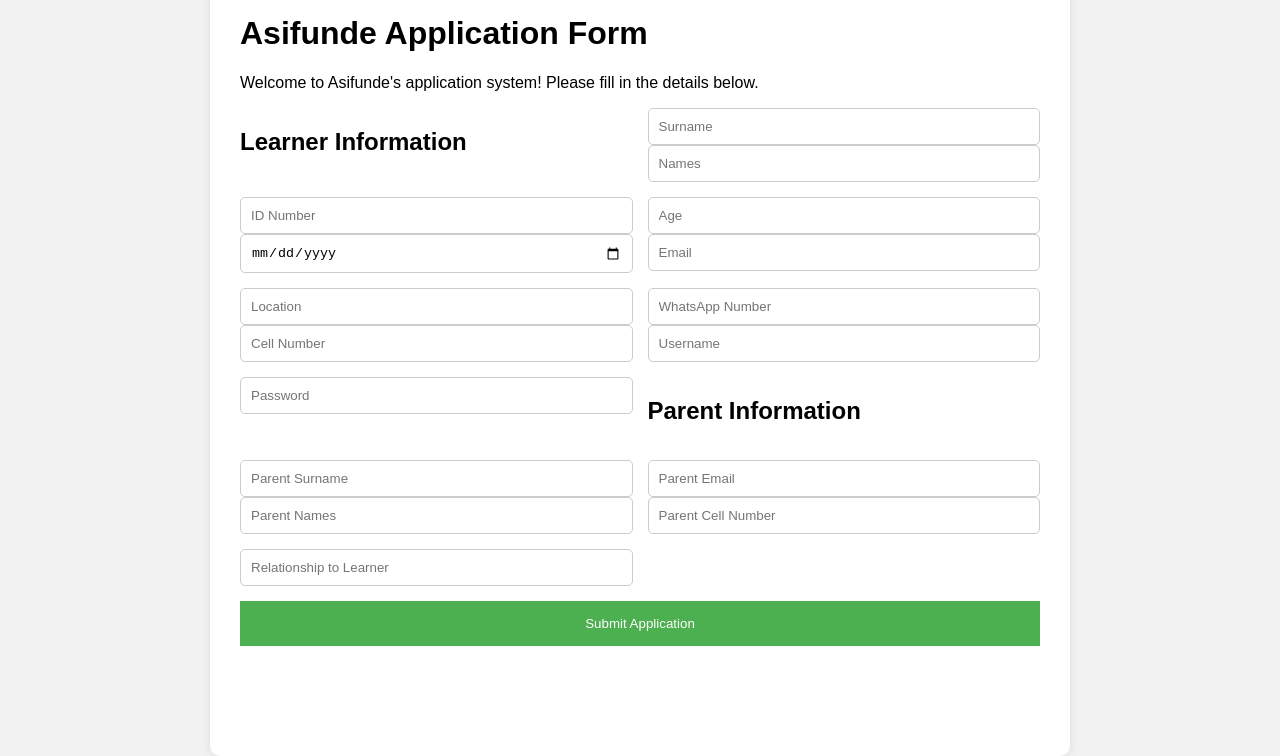
Repository: Soshtakovich/Asifunde
Page: Application_system/apply.html
An editor plug-in stored every save of this project. The page is shown before and after the next save, followed by the edit.
The browser window is 1280 px wide. The pictures show the whole page.

Above is the page before, as saved 2024-10-18 17:36:33.

### Application_system/apply.html
<!DOCTYPE html>
<html lang="en">
<head>
  <meta charset="UTF-8">
  <meta name="viewport" content="width=device-width, initial-scale=1.0">
  <title>Asifunde Application Form</title>
  <link rel="stylesheet" href="statics/css/apply.css">
  <script defer src="statics/js/apply.js"></script>
</head>
<body>
  <div class="form-container">
    <h1>Asifunde Application Form</h1>
    <p>Welcome to Asifunde's application system! Please fill in the details below.</p>
    <form id="applicationForm">
      <h2>Learner Information</h2>
      <div class="input-group">
        <input type="text" name="surname" placeholder="Surname" required>
        <input type="text" name="names" placeholder="Names" required>
      </div>
      <div class="input-group">
        <input type="text" name="idNumber" placeholder="ID Number" required>
        <input type="date" name="dob" required>
      </div>
      <div class="input-group">
        <input type="text" name="age" placeholder="Age" required>
        <input type="email" name="email" placeholder="Email" required>
      </div>
      <div class="input-group">
        <input type="text" name="location" placeholder="Location">
        <input type="text" name="cellNumber" placeholder="Cell Number">
      </div>
      <div class="input-group">
        <input type="text" name="whatsappNumber" placeholder="WhatsApp Number">
        <input type="text" name="username" placeholder="Username" required>
      </div>
      <div class="input-group">
        <input type="password" name="password" placeholder="Password" required>
      </div>

      <h2>Parent Information</h2>
      <div class="input-group">
        <input type="text" name="parentSurname" placeholder="Parent Surname" required>
        <input type="text" name="parentNames" placeholder="Parent Names" required>
      </div>
      <div class="input-group">
        <input type="email" name="parentEmail" placeholder="Parent Email" required>
        <input type="text" name="parentCellNumber" placeholder="Parent Cell Number">
      </div>
      <div class="input-group">
        <input type="text" name="relationship" placeholder="Relationship to Learner" required>
      </div>

      <button type="submit">Submit Application</button>
    </form>
  </div>
</body>
</html>

### Application_system/statics/css/apply.css
/* Base Styles */
body {
  font-family: Arial, sans-serif;
  background-color: #f2f2f2;
  display: flex;
  justify-content: center;
  align-items: center;
  height: 100vh;
  margin: 0;
}

.form-container {
  background-color: white;
  padding: 30px;
  border-radius: 10px;
  box-shadow: 0 0 10px rgba(0, 0, 0, 0.1);
  max-width: 800px;
  width: 100%;
}

/* Form Layout */
form {
  display: grid;
  grid-template-columns: repeat(2, 1fr); /* Two equal-width columns */
  gap:15px; /* Space between grid items */
}

/* Full-width inputs */
input[type="date"],
input[type="password"],
input[type="email"],
button {
  grid-column: span 2; /* Make these elements span both columns */
}

/* Style for input fields */
input {
  padding: 10px;
  border: 1px solid #ccc;
  border-radius: 5px;
  width: 100%; /* Ensure the input takes full space of its container */
  box-sizing: border-box; /* Prevent padding from overflowing */
}

/* Button Styling */
button {
  background-color: #4CAF50;
  color: white;
  border: none;
  padding: 15px;
  cursor: pointer;
  width: 100%; /* Full width */
  margin-bottom: 80px;
}

button:hover {
  background-color: #45a049;
}

/* Responsive Design */
@media (max-width: 600px) {
  form {
      grid-template-columns: 1fr; /* Single column on smaller screens */
  }
}

### Application_system/statics/js/apply.js
document.getElementById('applicationForm').addEventListener('submit', async function (event) {
    event.preventDefault();
    const formData = new FormData(event.target);

    const response = await fetch('application_handler.php', {
      method: 'POST',
      body: formData
    });

    const result = await response.json();
    alert(result.message);
  });

After the next save:
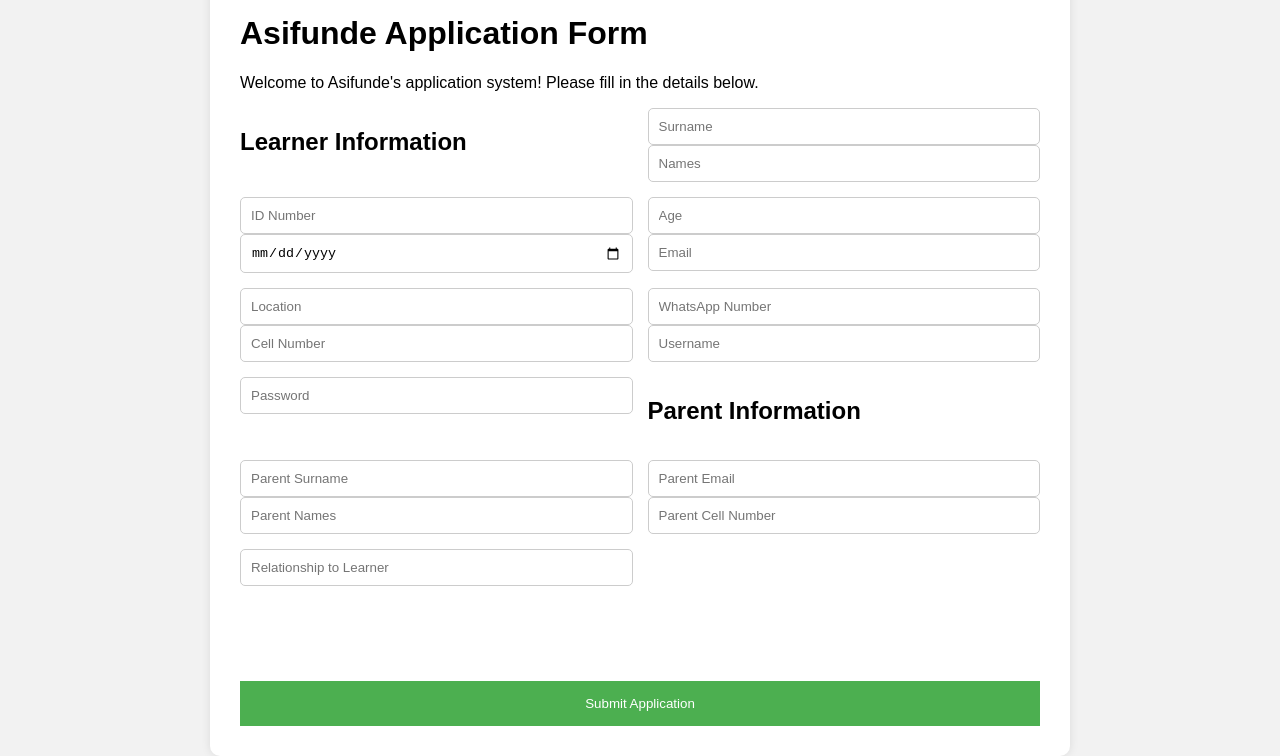
Saved 12 s later.
--- a/Application_system/statics/css/apply.css
+++ b/Application_system/statics/css/apply.css
@@ -50,7 +50,7 @@
   padding: 15px;
   cursor: pointer;
   width: 100%; /* Full width */
-  margin-bottom: 80px;
+  margin-top: 80px;
 }
 
 button:hover {
